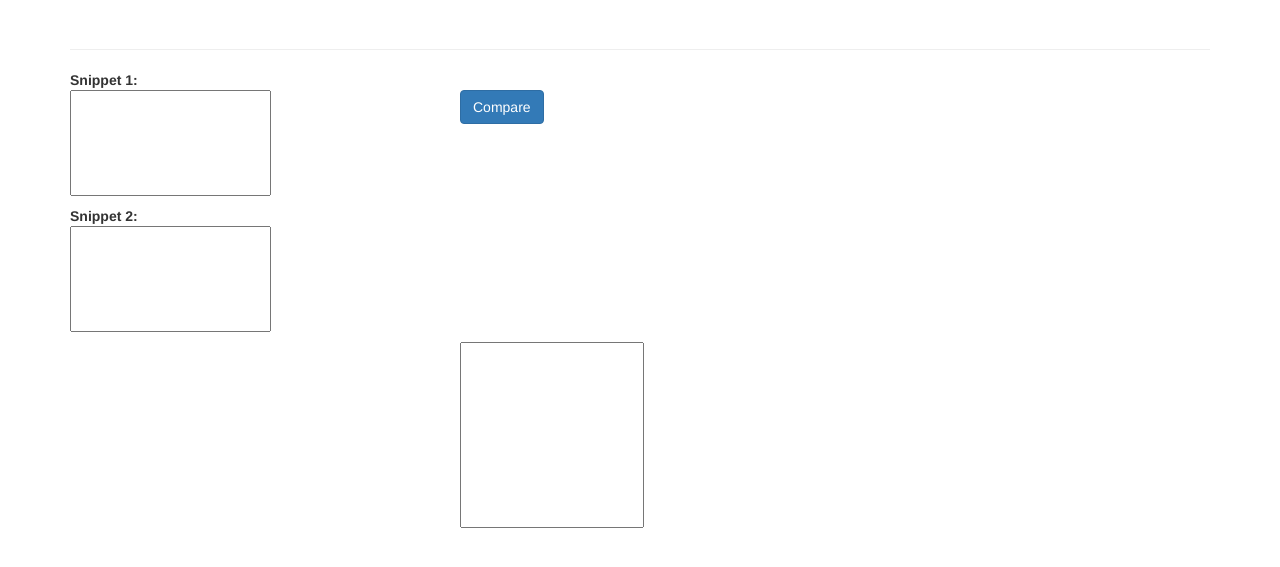
Repository: d4rkm3z/JSPerfomance
Page: index.html
An editor plug-in stored every save of this project. The page is shown before and after a run of saves, followed by the edit.
The browser window is 1280 px wide. The pictures show the whole page.

Above is the page before, as saved 2016-10-25 18:07:09.

After the next 5 saves:
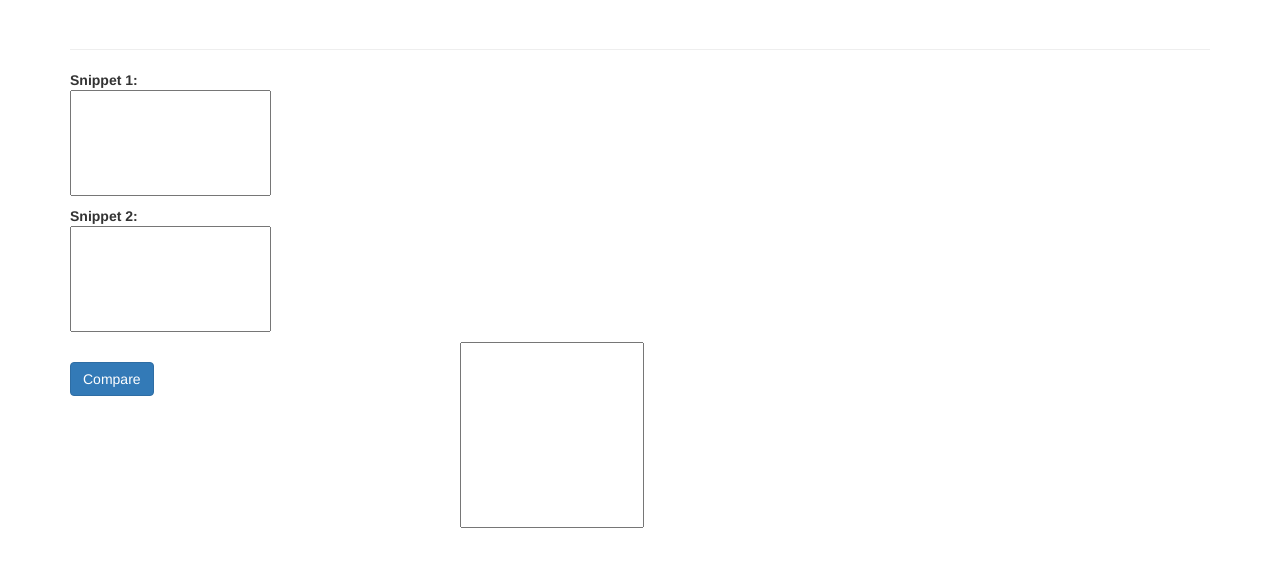
The 5 saves are shown as one change because they came seconds apart.
The last was saved 15 s later.
--- a/index.html
+++ b/index.html
@@ -28,13 +28,10 @@
           </span>
         </label>
         </div>
-
-      <div class="col-md-4">
-        <button type="button" id="calculate" class="btn btn-primary btn-default btn-compare">Compare</button>
-      </div>
     </div>
     <div class="row">
       <div class="col-md-4">
+        <button type="button" id="calculate" class="btn btn-primary btn-default btn-compare">Compare</button>
       </div>
       <div class="col-md-4">
         <span class="snippets-group snippet-result">
